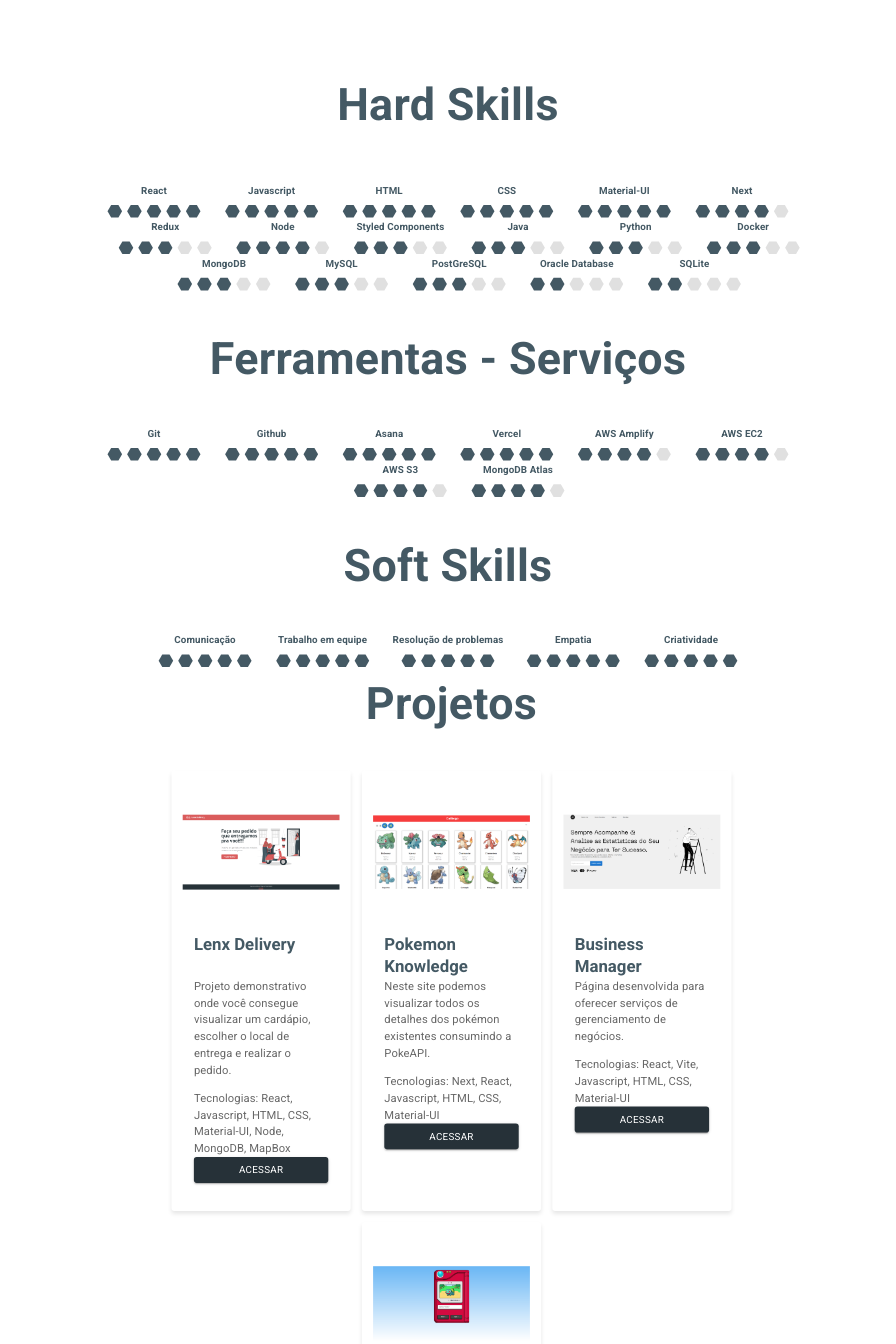
Repository: lenx0/myportfolio
Page: /
The author's editor kept a copy of each file at every save. The page is drawn from the files as they stood at one save, then again after a run of saves.
The browser window is 1280 px wide. The pictures show the part of the page from y = 1807 to 3727 px (the page is 5195 px tall before and 5303 px after), at 70% of full size.
The project was rebuilt for these pictures with package versions that can differ from the ones it lists, and the page was loaded fresh each time. Also part of the build but not shown: vite.config.js.

Above is the page before, as saved 2024-06-14 10:10:21.

### index.html
<!doctype html>
<html lang="en">
  <head>
    <meta charset="UTF-8" />
    <link href="https://fonts.googleapis.com/css2?family=Roboto:wght@200;400;700;900&display=swap" rel="stylesheet">
    <meta name="viewport" content="width=device-width, initial-scale=1.0" />
    <title>Portfólio</title>
  </head>
  <body>
    <div id="root"></div>
    <script type="module" src="/src/main.jsx"></script>
  </body>
</html>

### src/main.jsx
import React from "react";
import ReactDOM from "react-dom/client";
import App from "./App.jsx";
import { ThemeProvider } from "@emotion/react";
import theme from "./components/Styles/theme";
import "swiper/css";
import "swiper/css/navigation";
import "swiper/css/pagination";

ReactDOM.createRoot(document.getElementById("root")).render(
  <React.StrictMode>
    <ThemeProvider theme={theme}>
      <App />
    </ThemeProvider>
  </React.StrictMode>
);

### src/App.jsx
import React from "react";
import { Box } from "@mui/material";
import Header from "./components/Header";
import Home from "./components/Home";
import About from "./components/About";
import Projects from "./components/Projects";
import "./global.css";
import Experience from "./components/Experiences";
import Footer from "./components/Footer";
import HardSkills from "./components/HardSkills";

function App() {
  const mainContainerStyle = {
    margin: "0 auto",
    padding: "0 10%",
    maxWidth: "1600px",
  };

  const aboutContainerStyle = {
    display: "flex",
    flexDirection: "column",
    alignItems: "center",
    padding: "0 10%",
    maxWidth: "1200px",
    margin: "0 auto",
  };

  return (
    <React.Fragment>
      <Box sx={mainContainerStyle}>
        <Header />
        <Home />
      </Box>
      <Box sx={aboutContainerStyle}>
        <About />
        <HardSkills />
      </Box>
      <Box sx={mainContainerStyle}>
        <Projects />
        <Experience />
      </Box>
      <Footer />
    </React.Fragment>
  );
}

export default App;

### src/components/Header/index.jsx
import React from "react";
import { Typography, Box, Link } from "@mui/material";
import Logo from "/assets/logos/logo.svg";
import GithubIcon from "/assets/icons/Github.svg";
import LinkedinIcon from "/assets/icons/Linkedin.svg";
import scrollToSection from "../Utility/scroll";

const Header = () => {
  const menuItems = [
    { label: "Home", id: "home-section" },
    { label: "Sobre", id: "about-section" },
    { label: "Projetos", id: "projects-section" },
    { label: "Experiências", id: "experience-section" },
    { label: "Habilidades", id: "hardskills-section" },
    { label: "Contato", id: "contact-section" },
  ];

  const headerStyles = {
    display: "flex",
    alignItems: "center",
    justifyContent: "space-between",
    mt: "20px",
    px: 2,
  };

  const logoContainerStyles = {
    display: "flex",
    alignItems: "center",
    flex: 1,
  };

  const menuContainerStyles = {
    display: { xs: "none", md: "flex" },
    gap: "24px",
    color: "#445964",
    flex: 2,
    justifyContent: "center",
  };

  const iconContainerStyles = {
    display: "flex",
    gap: 2,
    pl: 3,
    flex: 1,
    justifyContent: "flex-end",
  };

  return (
    <Box component="header" sx={headerStyles}>
      <Box sx={logoContainerStyles}>
        <Box
          component="img"
          src={Logo}
          alt="Logo"
          sx={{ width: { xs: "40px", md: "auto" } }}
        />
        <Typography
          sx={{
            fontSize: { xs: 24, md: 36 },
            color: "#445964",
            fontWeight: 700,
            ml: 2,
          }}
        >
          Thiago Beraldo
        </Typography>
      </Box>
      <Box sx={menuContainerStyles}>
        {menuItems.map((item) => (
          <Typography
            key={item.label}
            sx={{ cursor: "pointer", fontWeight: 700, px: 2 }}
            onClick={() => scrollToSection(item.id)}
          >
            {item.label}
          </Typography>
        ))}
      </Box>
      <Box sx={iconContainerStyles}>
        <Link href="https://github.com/lenx0">
          <img
            src={GithubIcon}
            alt="Github Icon"
            style={{ marginTop: "0.3rem" }}
          />
        </Link>
        <Link href="https://www.linkedin.com/in/thiagoberaldo06">
          <img src={LinkedinIcon} alt="LinkedIn Icon" />
        </Link>
      </Box>
    </Box>
  );
};

export default Header;

### src/components/Home/index.jsx
import React from "react";
import { Box, Button, Grid, Typography } from "@mui/material";
import HomeArt from "/assets/images/Art1.svg";
import scrollToSection from "../Utility/scroll";

const Home = () => {
  return (
    <Grid mt={5} container direction="row" alignItems="center" wrap="nowrap">
      <Grid item xs={12} md={6}>
        <Typography variant="h3" sx={{ fontWeight: 700, color: "#445964", mb: 5 }}>
          Desenvolvedor Front-End
        </Typography>
        <Typography variant="h6" sx={{ fontWeight: 700, color: "#445964", mb: 5 }}>
          Seja bem-vindo(a) ao meu portfólio
        </Typography>
        <Button
          variant="contained"
          onClick={() => scrollToSection('about-section')}
          sx={{
            fontSize: 18,
            backgroundColor: "#263138",
            width: 310,
            height: 65,
            borderRadius: 20,
            mb: 5,
          }}
        >
          Saiba mais sobre mim
        </Button>
      </Grid>
      <Grid item xs={12} md={6}>
        <Box display="flex" justifyContent="center">
          <img src={HomeArt} alt="Home Art" style={{ maxWidth: "100%" }} />
        </Box>
      </Grid>
    </Grid>
  );
};

export default Home;

### src/components/Projects/index.jsx
import React from "react";
import { Grid, Typography } from "@mui/material";
import CustomCard from "./card";

const projectsData = [
  {
    title: "Lenx Delivery",
    images: generateImageArray("delivery", 3),
    access: "https://front-lenxdelivery.vercel.app",
    description:
      "Projeto demonstrativo onde você consegue visualizar um cardápio, escolher o local de entrega e realizar o pedido.",
    technologies:
      "Tecnologias: React, Javascript, HTML, CSS, Material-UI, Node, MongoDB, MapBox",
  },
  {
    title: "Pokemon Knowledge",
    images: generateImageArray("poke", 5),
    access: "https://poke-wiki-front.vercel.app",
    description:
      "Neste site podemos visualizar todos os detalhes dos pokémon existentes consumindo a PokeAPI.",
    technologies:
      "Tecnologias: Next, React, Javascript, HTML, CSS, Material-UI",
  },
  {
    title: "Business Manager",
    images: generateImageArray("manager", 5),
    access: "https://business-manager-liard.vercel.app",
    description:
      "Página desenvolvida para oferecer serviços de gerenciamento de negócios.",
    technologies:
      "Tecnologias: React, Vite, Javascript, HTML, CSS, Material-UI",
  },
  {
    title: "Pokedex",
    images: generateImageArray("pokedex", 1),
    access: "https://pokedex-mu-ten.vercel.app",
    description: "Pokedex com sprites animadas",
    technologies: "Tecnologias: Javascript, HTML, CSS",
  },
];

function generateImageArray(prefix, count) {
  const images = [];
  for (let i = 1; i <= count; i++) {
    images.push(`/assets/images/${prefix}${i}.png`);
  }
  return images;
}

const Projects = () => {
  return (
    <Grid id="projects-section" container gap={2} m="10px 5px 20px 5px" justifyContent="center">
      <Grid container justifyContent="center">
        <Grid item>
          <Typography
            variant="h4"
            mb={5}
            fontSize={64}
            fontWeight={700}
            color="#445964"
          >
            Projetos
          </Typography>
        </Grid>
      </Grid>
      {projectsData.map((project, index) => (
        <Grid item xs={12} sm={6} md={4} lg={3} key={index}>
          <CustomCard
            title={project.title}
            access={project.access}
            images={project.images}
            description={project.description}
            technologies={project.technologies}
          />
        </Grid>
      ))}
    </Grid>
  );
};

export default Projects;

### src/global.css
body {
    margin: 0;
    padding: 0;
    box-sizing: border-box;
    font-family: 'Roboto', sans-serif;
}

### src/components/Experiences/index.jsx
import React from "react";
import { Box, Typography, Paper, Grid } from "@mui/material";

const Experience = () => {
  const experiences = [
    {
      title: "Desenvolvedor júnior",
      company: "Alto Giro",
      date: "01.2022 - 07-2022",
      resume:
        `Na Alto Giro atuei desenvolvendo microsserviços para facilitar alguns processos dentro da empresa como RH e almoxarifado
        Pude desenvolver interfaces web utilizando tecnologias de ponta como React e Javascript. Também desenvolvi API's utilizando Node, express e mongoDB,`,
    },
    {
      title: "Desenvolvedor Front-end júnior",
      company: "AG.labs",
      date: "07.2022 - 04-2024",
      resume: `Atuei em um projeto desenvolvendo o front-end para um ERP da TOTSV da fase inicial ao lançamento, sistema este que hoje é utilizado pelos
        representantes e clientes da empresa Alto Giro.
        O projeto foi desenvolvimento pensando na praticidade, e velocidade para realizar vendas.
        Na Black Friday de 2023 a empresa conseguiu transacionar mais de 15 mil pedidos,
        alcançando um valor surpreendente de mais de 13 milhões.
        Possuo facilidade na resolução de problemas, boa comunicação, sei liderar quando
        necessário, me adapto bem a diferentes tecnologias, e o mais importante, tenho
        atitude positiva `,
    },
  ];

  return (
    <Box id="experience-section" sx={{ mt: 10, textAlign: "center", px: 2 }}>
      <Box height="auto">
        <Typography variant="h2" fontWeight={700} color="#445964">
          Experiência
        </Typography>
        <Typography
          variant="h4"
          fontWeight={700}
          color="#263138"
        >
          Profissional
        </Typography>
      </Box>
      <Typography sx={{ mt: 2, color: "#445964", fontSize: 16 }}>
        Minha jornada é curta, mas de muita dedicação e resiliência
      </Typography>
      <Grid container spacing={2} sx={{ mt: 5 }}>
        {experiences.map((experience, index) => (
          <Grid item xs={12} md={6} key={index}>
            <Paper
              elevation={3}
              sx={{
                p: 3,
                minHeight: "28vh",
                backgroundColor: "#263138",
                color: "white",
              }}
            >
              <Typography variant="h6" fontWeight={700}>
                {experience.title}
              </Typography>
              <Typography variant="h6" >
                {`${experience.company} - ${experience.date}`}
              </Typography>
              <Typography sx={{ mt: 1 }}>{experience.resume}</Typography>
            </Paper>
          </Grid>
        ))}
      </Grid>
      <Box sx={{ mt: 5 }}>
        <img src="/assets/icons/Quote.png" />
        <Typography
          sx={{ mt: 2, fontWeight: 700, fontSize: 18, color: "#445964" }}
        >
          “A mente que se abre a uma nova ideia jamais voltará ao seu tamanho
          original”
        </Typography>
        <Typography
          sx={{ mt: 2, fontSize: 18, fontWeight: 700, color: "#445964" }}
        >
          ~ Albert Einstein
        </Typography>
      </Box>
    </Box>
  );
};

export default Experience;

### src/components/Footer/index.jsx
import React from 'react';
import { Box, Link, Typography } from '@mui/material';
import FacebookIcon from '@mui/icons-material/Facebook';
import CopyrightIcon from '@mui/icons-material/Copyright';
import GitHubIcon from '@mui/icons-material/GitHub';
import LinkedInIcon from '@mui/icons-material/LinkedIn';

const Footer = () => {
    return (
        <Box id="contact-section" height="120px" mt={10} bgcolor="#263138" display="flex" flexDirection="column" alignItems="center" justifyContent="space-between">
            <Box flex={1} display="flex" justifyContent="center" alignItems="center">
                <Link href="https://www.facebook.com.br">
                    <FacebookIcon sx={{ color: '#ffffff', mx: 1 }} />
                </Link>
                <Link href="https://github.com/lenx0">
                    <GitHubIcon sx={{ color: '#ffffff', mx: 1 }} />
                </Link>
                <Link href="https://www.linkedin.com/in/thiagoberaldo06/">
                    <LinkedInIcon sx={{ color: '#ffffff', mx: 1 }} />
                </Link>
            </Box>
            <Typography color="#ffffff" mb={1} display="flex" alignItems="center">
                Todos os direitos reservados <CopyrightIcon sx={{ ml: 0.5, width: 15, height: 15, color: '#ffffff' }} />
            </Typography>
        </Box>
    );
}

export default Footer;

### src/components/HardSkills/index.jsx
import { Stack, Typography } from "@mui/material";
import SkillRating from "./rating";

const HardSkills = () => {
  return (
    <Stack id="hardskills-section" direction="row" gap={7} flexWrap="wrap" justifyContent="center">
      <Typography variant="h4" fontSize={64} fontWeight={700} color="#445964">
        Hard Skills
      </Typography>
      <Stack direction="row" spacing={4} flexWrap="wrap" mt={2} justifyContent="center">
        <SkillRating skill="React" rating={5} />
        <SkillRating skill="Javascript" rating={5} />
        <SkillRating skill="HTML" rating={5} />
        <SkillRating skill="CSS" rating={5} />
        <SkillRating skill="Material-UI" rating={5} />
        <SkillRating skill="Next" rating={4} />
        <SkillRating skill="Redux" rating={3} />
        <SkillRating skill="Node" rating={4} />
        <SkillRating skill="Styled Components" rating={3} />
        <SkillRating skill="Java" rating={3} />
        <SkillRating skill="Python" rating={3} />
        <SkillRating skill="Docker" rating={3} />
        <SkillRating skill="MongoDB" rating={3} />
        <SkillRating skill="MySQL" rating={3} />
        <SkillRating skill="PostGreSQL" rating={3} />
        <SkillRating skill="Oracle Database" rating={2} />
        <SkillRating skill="SQLite" rating={2} />
      </Stack>
      <Typography variant="h4" fontSize={64} fontWeight={700} color="#445964">
        Ferramentas - Serviços
      </Typography>
      <Stack direction="row" spacing={4} flexWrap="wrap" justifyContent="center">
        <SkillRating skill="Git" rating={5} />
        <SkillRating skill="Github" rating={5} />
        <SkillRating skill="Asana" rating={5} />
        <SkillRating skill="Vercel" rating={5} />
        <SkillRating skill="AWS Amplify" rating={4} />
        <SkillRating skill="AWS EC2" rating={4} />
        <SkillRating skill="AWS S3" rating={4} />
        <SkillRating skill="MongoDB Atlas" rating={4} />
      </Stack>
      <Typography variant="h4" fontSize={64} fontWeight={700} color="#445964">
        Soft Skills
      </Typography>
      <Stack direction="row" spacing={4} flexWrap="wrap" justifyContent="center">
        <SkillRating skill="Comunicação" rating={5} />
        <SkillRating skill="Trabalho em equipe" rating={5} />
        <SkillRating skill="Resolução de problemas" rating={5} />
        <SkillRating skill="Empatia" rating={5} />
        <SkillRating skill="Criatividade" rating={5} />
      </Stack>
    </Stack>
  )

};

export default HardSkills;

### src/components/About/exagon.jsx
import { Box, styled } from "@mui/material";

const HexagonContainer = styled(Box)(({ theme }) => ({
    // width: "100px",
    // height: "115.47px",
    width: "200px",
    height: "230.94px",
    // width: "300px",
    // height: "346.41px",
    position: "relative",
    clipPath: "polygon(50% 0%, 100% 25%, 100% 75%, 50% 100%, 0% 75%, 0% 25%)",
    "& img": {
      width: "100%",
      height: "100%",
      objectFit: "cover",
      clipPath: "inherit",
    },
  }));

  export default HexagonContainer

### src/components/Projects/card.jsx
import React, { useState } from "react";
import {
  Card,
  CardContent,
  CardMedia,
  Typography,
  Box,
  Link,
  Button,
} from "@mui/material";
import ImageDialog from "./imageDialog";

const CustomCard = ({ title, access, images, description, technologies }) => {
  const [currentImageIndex, setCurrentImageIndex] = useState(0);
  const [dialogOpen, setDialogOpen] = useState(false);

  const handleNextImage = () => {
    setCurrentImageIndex((prevIndex) =>
      prevIndex + 1 < images.length ? prevIndex + 1 : prevIndex
    );
  };

  const handlePrevImage = () => {
    setCurrentImageIndex((prevIndex) =>
      prevIndex - 1 >= 0 ? prevIndex - 1 : prevIndex
    );
  };

  const handleImageClick = () => {
    setDialogOpen(true);
  };

  const handleDialogClose = () => {
    setDialogOpen(false);
  };

  return (
    <Card
      sx={{
        height: "100%",
        display: "flex",
        flexDirection: "column",
        boxShadow: "0 4px 6px rgba(0, 0, 0, 0.1)",
        transition: "0.30s",
        "&:hover": {
          boxShadow: "0 8px 16px rgba(0, 0, 0, 0.2)",
        },
      }}
    >
      <Box sx={{ p: 2 }}>
        <CardMedia
          component="img"
          width="100%"
          height="200"
          image={images[currentImageIndex]}
          alt={title}
          onClick={handleImageClick}
          sx={{
            cursor: "pointer",
            objectFit: "contain",
            transition: "0.30s",
            "&:hover": {
              border: "1px solid #263138",
            },
          }}
        />
        <CardContent sx={{ flexGrow: 1 }}>
          <Box width="100%" minHeight="15rem">
            <Typography
              variant="h5"
              component="div"
              sx={{ fontWeight: 700, color: "#445964", minHeight: 64 }}
            >
              {title}
            </Typography>
            <Typography color="text.secondary">{description}</Typography>
            <Typography mt={2} color="text.secondary">
              {technologies}
            </Typography>
          </Box>
          <Link href={access} sx={{ textDecoration: "none" }}>
            <Box>
              <Button
                variant="contained"
                sx={{ width: "100%", backgroundColor: "#263138" }}
              >
                Acessar
              </Button>
            </Box>
          </Link>
        </CardContent>
      </Box>
      <ImageDialog
        dialogOpen={dialogOpen}
        handleDialogClose={handleDialogClose}
        images={images}
        currentImageIndex={currentImageIndex}
        handleNextImage={handleNextImage}
        handlePrevImage={handlePrevImage}
        title={title}
        description={description}
      />
    </Card>
  );
};

export default CustomCard;

### src/components/HardSkills/rating.jsx
import { Hexagon } from "@mui/icons-material";
import { Stack, SvgIcon, Typography } from "@mui/material";

const SkillRating = ({ skill, rating }) => {
  return (
    <Stack direction="column" alignItems="center" spacing={1}>
      <Typography variant="body2" fontWeight={700} color="#445964">
        {skill}
      </Typography>
      <Stack direction="row" spacing={0.5}>
        {Array.from({ length: 5 }).map((_, index) => (
          <SvgIcon
            key={index}
            component={Hexagon}
            style={{ color: index < rating ? "#445964" : "#E0E0E0" }}
          />
        ))}
      </Stack>
    </Stack>
  );
};

export default SkillRating

### src/components/Projects/imageDialog.jsx
import { ArrowBackIos, ArrowForwardIos, Close } from "@mui/icons-material";
import { Box, CardMedia, Dialog, DialogContent, IconButton, Typography } from "@mui/material";

const ImageDialog = ({
    dialogOpen,
    handleDialogClose,
    images,
    currentImageIndex,
    handleNextImage,
    handlePrevImage,
    title,
    description,
  }) => (
    <Dialog
      open={dialogOpen}
      onClose={handleDialogClose}
      maxWidth="md"
      fullWidth
    >
      <DialogContent
        sx={{
          position: "relative",
          display: "flex",
          flexDirection: "column",
          alignItems: "center",
        }}
      >
        <IconButton
          onClick={handleDialogClose}
          sx={{ position: "absolute", top: 8, right: 8 }}
        >
          <Close />
        </IconButton>
        <CardMedia
          component="img"
          height="400"
          image={images[currentImageIndex]}
          alt={title}
          sx={{ objectFit: "contain", mb: 2 }}
        />
        <Typography variant="h5" component="div" sx={{ minHeight: 64 }}>
          {title}
        </Typography>
        <Typography
          variant="body2"
          color="text.secondary"
          sx={{ textAlign: "center", mb: 2 }}
        >
          {description}
        </Typography>
        <Box display="flex" justifyContent="space-between" width="100%">
          <IconButton
            onClick={handlePrevImage}
            disabled={currentImageIndex === 0}
          >
            <ArrowBackIos />
          </IconButton>
          <IconButton
            onClick={handleNextImage}
            disabled={currentImageIndex === images.length - 1}
          >
            <ArrowForwardIos />
          </IconButton>
        </Box>
      </DialogContent>
    </Dialog>
  );

  export default ImageDialog

Loaded but not shown: src/components/Styles/theme.js (14 lines, source omitted); src/components/Utility/scroll.js (8 lines, source omitted); src/components/About/index.jsx (108 lines, source omitted)

After the next 2 saves:
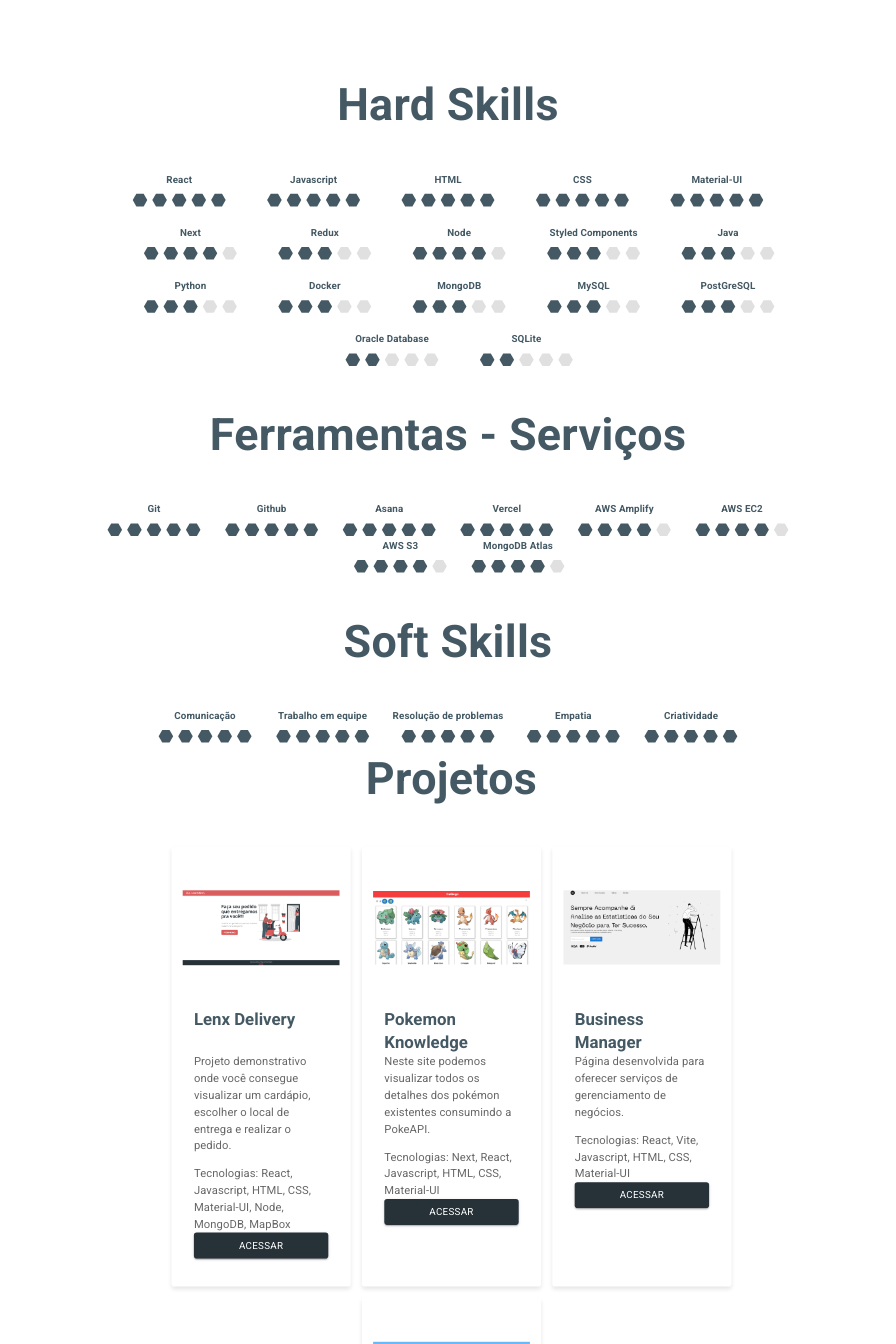
The 2 saves are shown as one change because they came seconds apart.
The last was saved 19 s later.
--- a/src/components/HardSkills/index.jsx
+++ b/src/components/HardSkills/index.jsx
@@ -7,7 +7,7 @@
       <Typography variant="h4" fontSize={64} fontWeight={700} color="#445964">
         Hard Skills
       </Typography>
-      <Stack direction="row" spacing={4} flexWrap="wrap" mt={2} justifyContent="center">
+      <Stack direction="row" spacing={4} flexWrap="wrap" gap={3} justifyContent="center">
         <SkillRating skill="React" rating={5} />
         <SkillRating skill="Javascript" rating={5} />
         <SkillRating skill="HTML" rating={5} />
